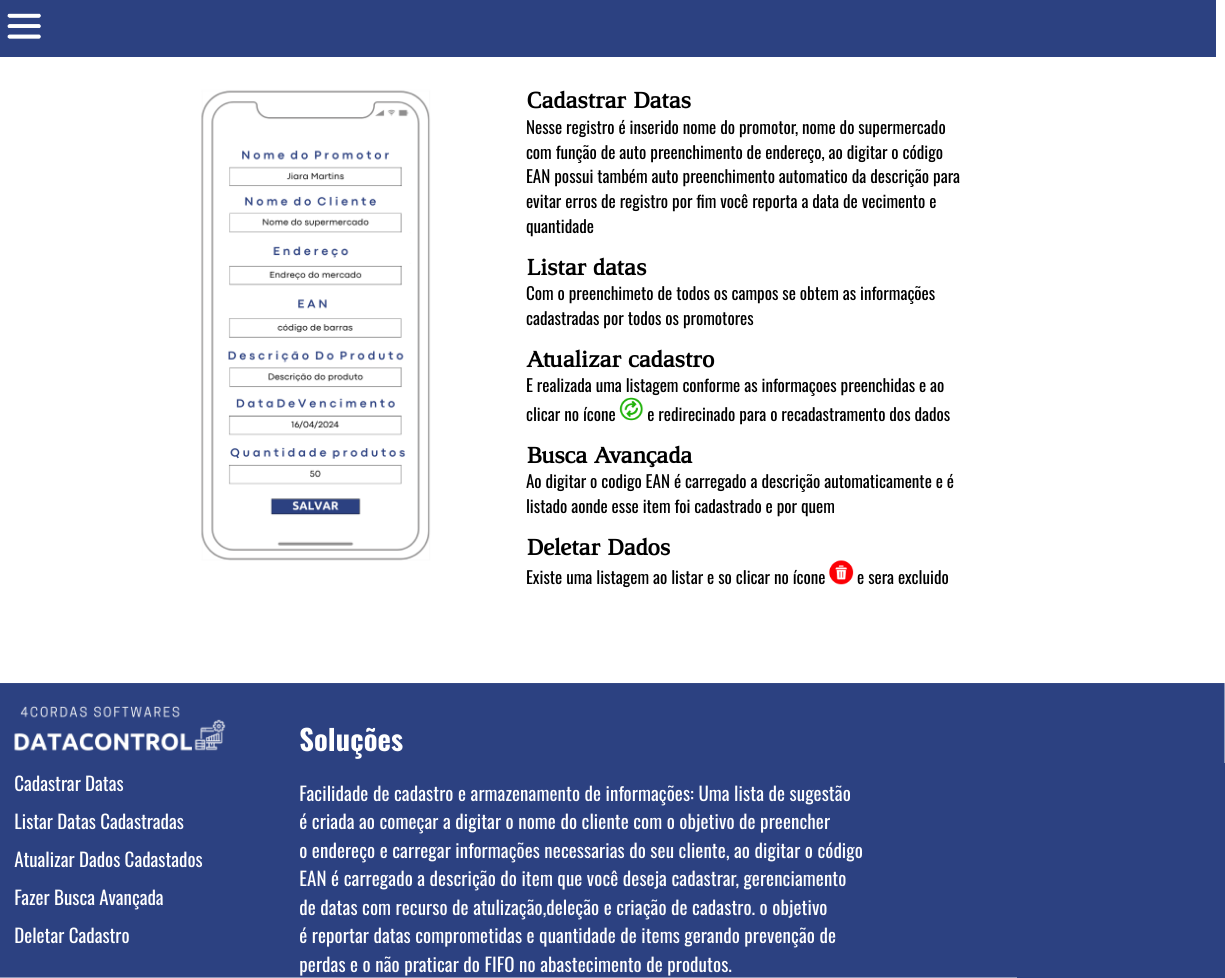
Repository: alfredo-allan/ControleDeDatasFrontEnd
Page: index.html
These files come from the project's save history. The page is drawn as it stood at one moment and after the next save; the edit follows.
The browser window is 1280 px wide. The page is 1289 px wide, so the pictures cover 1289 px, including what lies to the right of the window. The pictures show the whole page, at 95% of full size.

Above is the page before, as saved 2024-04-30 14:46:51.
Console error: TypeError: Cannot read properties of null (reading 'addEventListener')

After the next save:
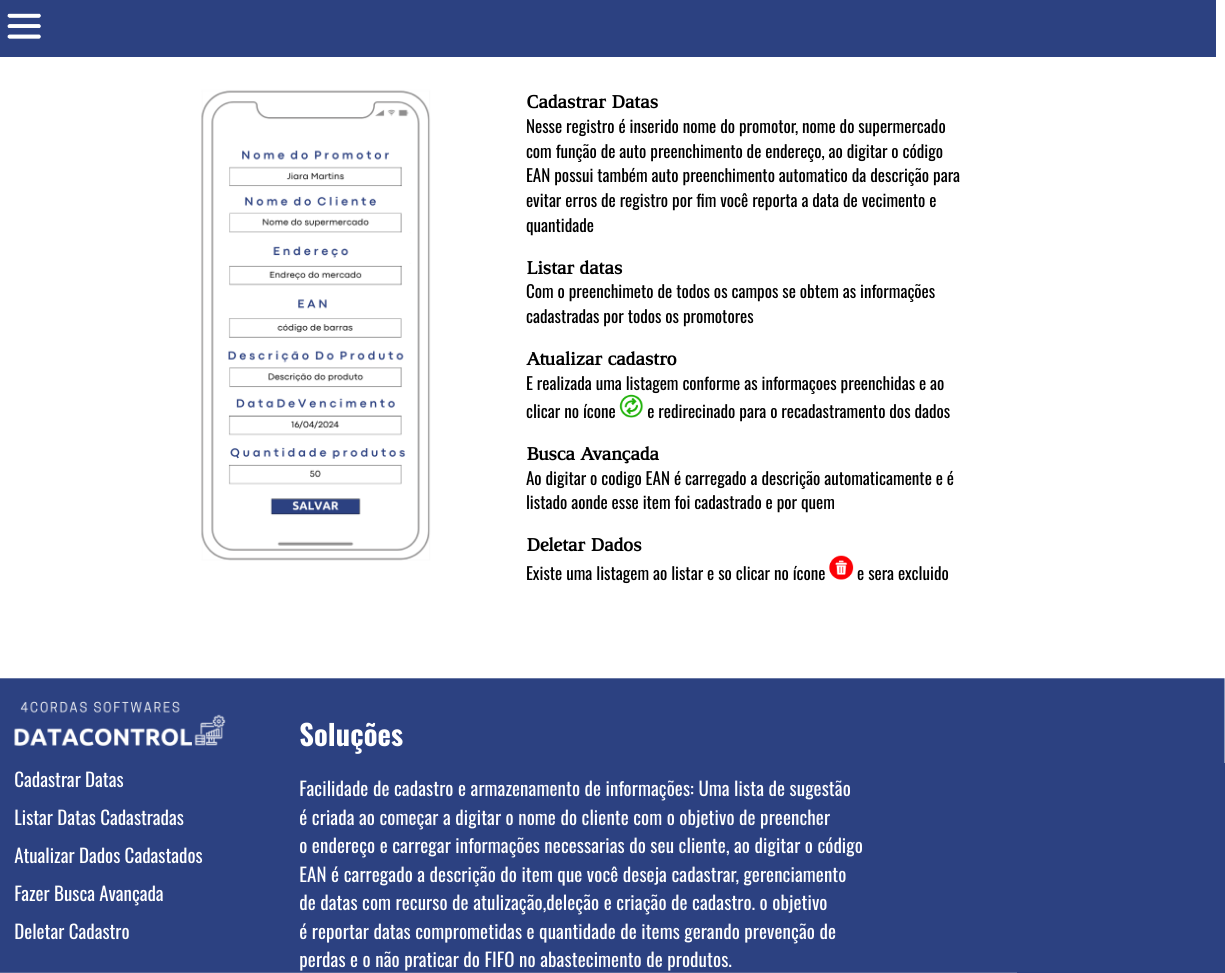
Saved 19 s later.
--- a/style/style.css
+++ b/style/style.css
@@ -456,7 +456,7 @@
   }
   span {
     margin-bottom: 10;
-    font-size: 25px;
+    font-size: 20px;
     font-family: var(--luthier-font);
     font-weight: 900;
   }

After the save that followed:
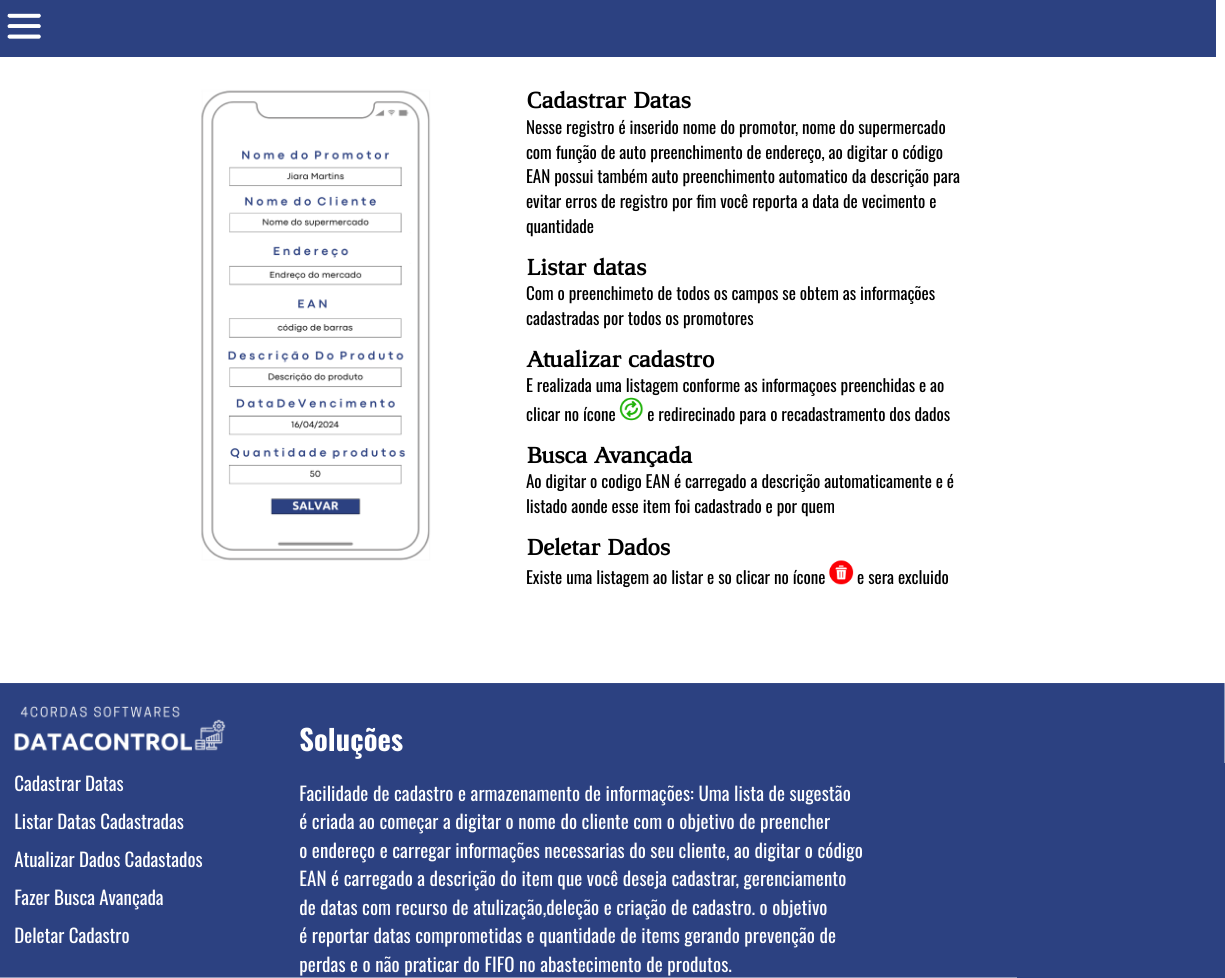
Saved 10 s later.
--- a/style/style.css
+++ b/style/style.css
@@ -456,7 +456,7 @@
   }
   span {
     margin-bottom: 10;
-    font-size: 20px;
+    font-size: 25px;
     font-family: var(--luthier-font);
     font-weight: 900;
   }
